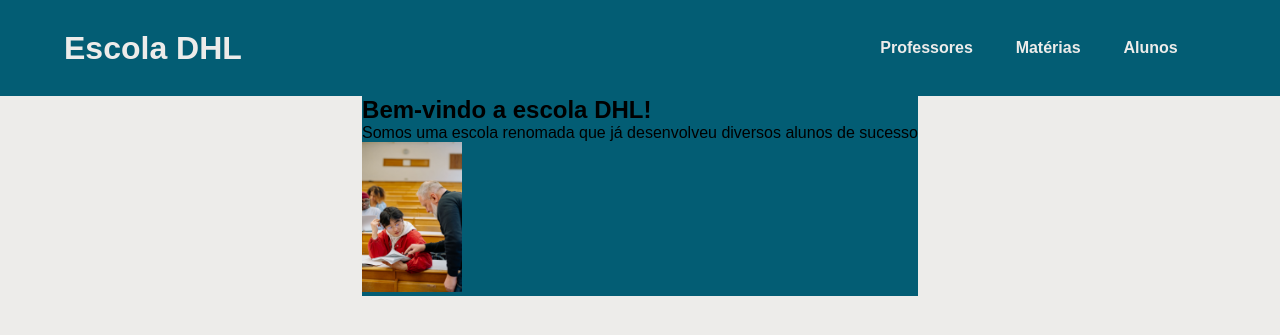
Repository: SirHick/sa-sistema-escola-DHL
Page: front/index.html
These files come from the project's save history. The page is drawn as it stood at one moment and after the next save; the edit follows.
The browser window is 1280 px wide. The pictures show the whole page.

Above is the page before, as saved 2026-07-17 15:50:12.

### front/index.html
<!DOCTYPE html>
<html lang="pt-br">
<head>
    <meta charset="UTF-8">
    <meta name="viewport" content="width=device-width, initial-scale=1.0">
    <title>Escola SA</title>
    <link rel="stylesheet" href="style.css">
</head>
<body>


    <header>
        <h1>Escola DHL</h1>
        <nav>
            <a href="">Professores</a>
            <a href="">Matérias</a>
            <a href="">Alunos</a>
        </nav>
    </header>

    <section class = "landing-page">
        <main class = "hero-section">
            <section class = "main-text-hero-section">
                <h2>Bem-vindo a escola DHL!</h2>

                <p>Somos uma escola renomada que já
                    desenvolveu diversos alunos de sucesso</p>
            </section>

            <img src="images/student-and-teacher.jpg" alt="A student receiving help from his teacher">
        </main>
    </section>


    <script src="script.js"></script>
</body>
</html>

### front/style.css
*{
    margin: 0;
    padding: 0;
    box-sizing: border-box;
    object-fit: cover;
    font-family: 'Nunito', sans-serif;
}

img{
    width: 100px;
}

body{
    background: #EDECEA;

}

.landing-page{
    display: flex;
    justify-content: center;
    align-self: center;
}


header{
    background: #035D74;
    width: 100vw;
    height: 6rem;
    max-height: 8rem;
    display: grid;
    grid-template-columns: 1fr 1fr;
    align-items: center;
    padding-left: 5vw;
    padding-right: 5vw;
}

header h1{
    color: #EDECEA;
}

header nav{
    justify-self: end;

}

header nav a{
    text-decoration: none;
    color: #EDECEA;
    font-weight: 700;
    margin-right: 3vw;
}

.hero-section{
    background-color: #035D74;
}

Loaded but not shown: front/script.js (no stored copy; drawn as an empty file)

After the next save:
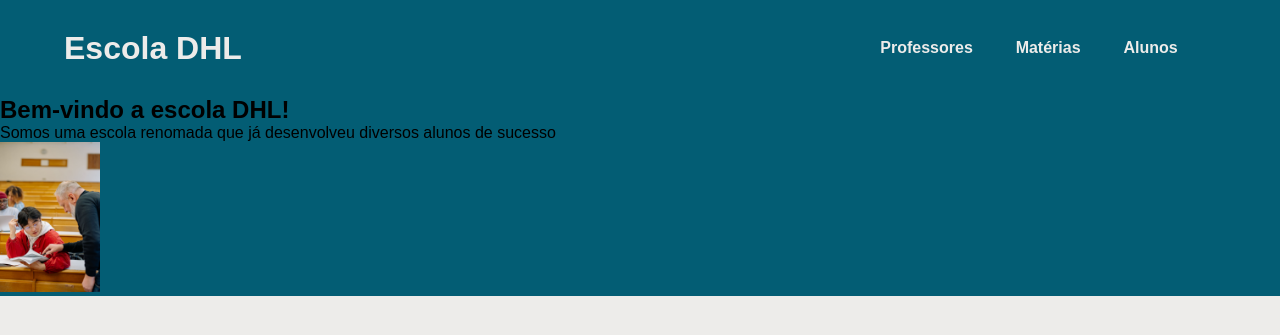
Saved 14 s later.
--- a/front/style.css
+++ b/front/style.css
@@ -13,12 +13,6 @@ img{
 body{
     background: #EDECEA;
 
-}
-
-.landing-page{
-    display: flex;
-    justify-content: center;
-    align-self: center;
 }
 
 
